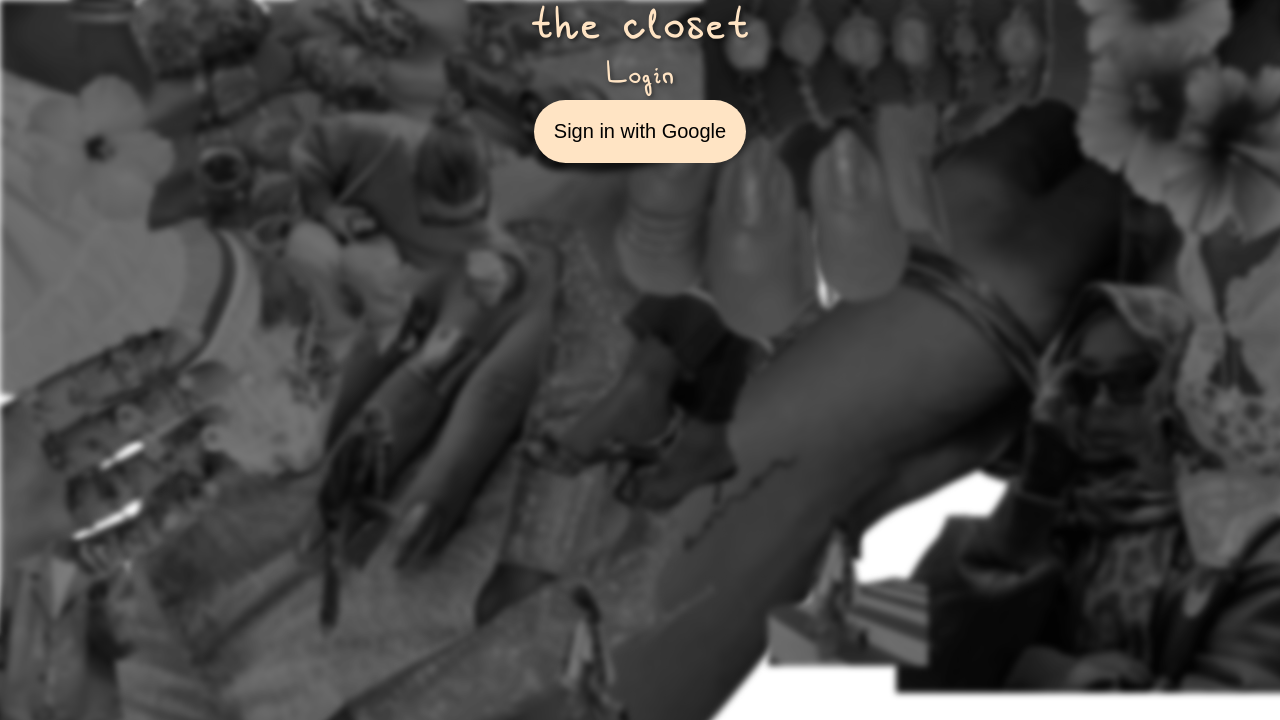
Repository: karla-sikavica/theCloset
Page: / (app in frontend/)
These files come from the project's save history. The page is drawn as it stood at one moment and after the next save; the edit follows.
The browser window is 1280 px wide. The pictures show the whole page.
The project was rebuilt for these pictures with package versions that can differ from the ones it lists, and the page was loaded fresh each time. Also part of the build but not shown: frontend/vite.config.ts.

Above is the page before, as saved 2025-03-29 16:24:20.

### frontend/src/index.css
@font-face {
  font-family: 'Kalla';
  src: url('/fonts/Kalla-Regular.ttf') format('truetype');
  font-weight: 400;
  font-style: normal;
}

:root {
  font-family: 'Kalla', system-ui, Avenir, Helvetica, Arial, sans-serif;
  line-height: 50px;
  font-weight: 400;
  display: block;


  font-synthesis: none;
  text-rendering: optimizeLegibility;
  -webkit-font-smoothing: antialiased;
  -moz-osx-font-smoothing: grayscale;
}

### frontend/src/App.tsx
import { BrowserRouter as Router, Routes, Route } from "react-router-dom";
import "./App.css";
import Login from "./pages/Login";
import Collage from "./components/ui/Collage";

function App() {
  return (
    <Router>
      <Collage />

      <div className="main-content">
        <Routes>
          <Route path="/" element={<Login></Login>} />
          <Route path="/login" element={<Login />} />
        </Routes>
      </div>
    </Router>
  );
}

export default App;

### frontend/src/App.css
#root {
  max-width: 1280px;
  margin: 0 auto;
  padding: 2rem;
  text-align: center;
}

body {
  color: bisque;
  text-shadow: 2px 2px 4px rgba(0, 0, 0, 0.5);
}

body, html, #root {
  margin: 0;
  padding: 0;
  height: 100%;
  width: 100%;
  overflow: hidden;
}

/* Optional: to make sure your app content appears above the collage */
.main-content {
  z-index: 10;

   position: relative;
  /*pointer-events: auto;
  height: 100%; */
}

/*
body::before {
  content: "";
  position: fixed;
  top: 0;
  left: 0;
  width: 100vh;
  height: 100vw;
  background-image: url("/images/download.jpeg");
  background-repeat: no-repeat;
  background-size: cover;
  background-position: center;
  transform: rotate(270deg) translate(-100vh, 0);
  transform-origin: top left;
  z-index: -1;
}

body::after {
  content: "";
  position: fixed;
  top: 0;
  left: 0;
  width: 100vw;
  height: 100vh;
  /* background: rgba(50, 30, 10, 0.6); */
/*   z-index: -1;
 *//* */

### frontend/src/pages/Login.tsx
import GoogleLogin from "../components/ui/GoogleLogin";

function Login() {
  return (
    <div style={{ margin: "auto" }}>
      <h1 style={{ fontSize: 100, margin: 0 }}>the closet</h1>
      <h2 style={{ fontSize: 60, margin: 0 }}>Login</h2>
      <div style={{ textAlign: "center" }}>
        <GoogleLogin></GoogleLogin>
      </div>
    </div>
  );
}

export default Login;

### frontend/src/components/ui/Collage.tsx
import React, { useEffect, useRef } from "react";
import "../css/Collage.css";

/* const imageCount = 32;
 */
type CollageImage = {
  src: string;
  top: string;
  left: string;
  width: string;
  rotate?: string;
  zIndex?: number;
};

const collageConfig: CollageImage[] = [
  {
    src: "/images/photo%20(1).png",
    top: "45%",
    left: "0%",
    width: "250px",
    rotate: "0deg",
    zIndex: 2,
  },
  {
    src: "/images/photo%20(2).png",
    top: "30%",
    left: "25%",
    width: "400px",
    rotate: "0deg",
    zIndex: 1,
  },
  {
    src: "/images/photo%20(3).png",
    top: "18%",
    left: "40%",
    width: "350px",
    rotate: "0deg",
    zIndex: 0,
  },
  {
    src: "/images/photo%20(4).png",
    top: "-5%",
    left: "55%",
    width: "400px",
    rotate: "0deg",
    zIndex: 3,
  },
  {
    src: "/images/photo%20(5).png",
    top: "30%",
    left: "40%",
    width: "260px",
    rotate: "0deg",
    zIndex: 1,
  },
  {
    src: "/images/photo%20(6).png",
    top: "10%",
    left: "18%",
    width: "300px",
    rotate: "0deg",
    zIndex: 4,
  },
  {
    src: "/images/photo%20(7).png",
    top: "38%",
    left: "70%",
    width: "400px",
    rotate: "0deg",
    zIndex: 1,
  },
  {
    src: "/images/photo%20(8).png",
    top: "0%",
    left: "0%",
    width: "350px",
    rotate: "0deg",
    zIndex: 1,
  },
  {
    src: "/images/photo%20(9).png",
    top: "0%",
    left: "35%",
    width: "280px",
    rotate: "-6deg",
    zIndex: 2,
  },
  {
    src: "/images/photo%20(10).png",
    top: "42%",
    left: "20%",
    width: "200px",
    rotate: "15deg",
    zIndex: 1,
  },
  {
    src: "/images/photo%20(11).png",
    top: "-20%",
    left: "70%",
    width: "400px",
    rotate: "0deg",
    zIndex: 0,
  },
  {
    src: "/images/photo%20(12).png",
    top: "-20%",
    left: "10%",
    width: "350px",
    rotate: "-9deg",
    zIndex: 1,
  },
  {
    src: "/images/photo%20(13).png",
    top: "0%",
    left: "6%",
    width: "550px",
    rotate: "0deg",
    zIndex: 0,
  },
  {
    src: "/images/photo%20(14).png",
    top: "70%",
    left: "60%",
    width: "160px",
    rotate: "0deg",
    zIndex: 2,
  },
  {
    src: "/images/photo%20(15).png",
    top: "75%",
    left: "40%",
    width: "170px",
    rotate: "-8deg",
    zIndex: 3,
  },
  {
    src: "/images/photo%20(16).png",
    top: "3%",
    left: "48%",
    width: "500px",
    rotate: "3deg",
    zIndex: 0,
  },
  {
    src: "/images/photo%20(17).png",
    top: "0%",
    left: "45%",
    width: "380px",
    rotate: "0deg",
    zIndex: 1,
  },
  {
    src: "/images/photo%20(18).png",
    top: "75%",
    left: "-3%",
    width: "200px",
    rotate: "10deg",
    zIndex: 3,
  },
  {
    src: "/images/photo%20(19).png",
    top: "22%",
    left: "86%",
    width: "290px",
    rotate: "0deg",
    zIndex: 2,
  },
  {
    src: "/images/photo%20(30).png",
    top: "-20%",
    left: "80%",
    width: "300px",
    rotate: "-27deg",
    zIndex: 3,
  },
  {
    src: "/images/photo%20(29).png",
    top: "-5%",
    left: "-2%",
    width: "270px",
    rotate: "150deg",
    zIndex: 3,
  } /*,
  {
    src: "/images/photo%20(22).png",
    top: "65%",
    left: "5%",
    width: "160px",
    rotate: "5deg",
    zIndex: 3,
  },
  {
    src: "/images/photo%20(23).png",
    top: "60%",
    left: "20%",
    width: "180px",
    rotate: "-7deg",
    zIndex: 2,
  },
  {
    src: "/images/photo%20(24).png",
    top: "15%",
    left: "50%",
    width: "190px",
    rotate: "6deg",
    zIndex: 1,
  },
  {
    src: "/images/photo%20(25).png",
    top: "10%",
    left: "30%",
    width: "160px",
    rotate: "-4deg",
    zIndex: 3,
  },
  {
    src: "/images/photo%20(26).png",
    top: "40%",
    left: "50%",
    width: "170px",
    rotate: "11deg",
    zIndex: 2,
  },
  {
    src: "/images/photo%20(27).png",
    top: "50%",
    left: "75%",
    width: "180px",
    rotate: "-9deg",
    zIndex: 1,
  },
  {
    src: "/images/photo%20(28).png",
    top: "35%",
    left: "10%",
    width: "200px",
    rotate: "4deg",
    zIndex: 2,
  },
  {
    src: "/images/photo%20(29).png",
    top: "25%",
    left: "65%",
    width: "190px",
    rotate: "-5deg",
    zIndex: 3,
  },
  {
    src: "/images/photo%20(30).png",
    top: "70%",
    left: "85%",
    width: "160px",
    rotate: "6deg",
    zIndex: 1,
  },
  {
    src: "/images/photo%20(31).png",
    top: "80%",
    left: "35%",
    width: "170px",
    rotate: "-3deg",
    zIndex: 2,
  },
  {
    src: "/images/photo%20(32).png",
    top: "90%",
    left: "50%",
    width: "180px",
    rotate: "8deg",
    zIndex: 3,
  }, */,
];

const Collage: React.FC = () => {
  return (
    <div className="collage-background">
      {collageConfig.map((img, index) => (
        <img
          key={index}
          src={img.src}
          alt={`collage-img-${index}`}
          className="collage-img"
          style={{
            top: img.top,
            left: img.left,
            width: img.width,
            transform: `rotate(${img.rotate || "0deg"})`,
            zIndex: img.zIndex || 0,
          }}
        />
      ))}
    </div>
  );
};

export default Collage;

/*
const Collage: React.FC = () => {
  const containerRef = useRef<HTMLDivElement>(null);

  useEffect(() => {
    const container = containerRef.current;
    if (!container) return;

    const imgs = container.querySelectorAll("img");
    imgs.forEach((img) => {
      const x = Math.random() * 100;
      const y = Math.random() * 100;
      const rotate = Math.random() * 20 - 10; // rotate between -10 and +10 degrees
      const z = Math.floor(Math.random() * 10); // random z-index

      img.style.top = `${y}vh`;
      img.style.left = `${x}vw`;
      img.style.transform = `rotate(${rotate}deg)`;
      img.style.zIndex = z.toString();
    });
  }, []);

  return (
    <div className="collage-background" ref={containerRef}>
      {[...Array(imageCount)].map((_, index) => (
        <img
          key={index}
          src={`/images/photo%20(${index + 1}).png`}
          alt={`collage-img-${index}`}
          className="collage-img"
        />
      ))}
    </div>
  );
};

export default Collage; */

### frontend/src/components/ui/GoogleLogin.tsx
// src/components/GoogleLogin.js
import { signInWithPopup } from "firebase/auth";
import { auth, googleProvider } from "../../firebase";
import GoogleButton from "./GoogleButton";

function GoogleLogin() {
  const handleGoogleLogin = async () => {
    try {
      const result = await signInWithPopup(auth, googleProvider);
      const user = result.user;

      const token = await user.getIdToken();
      console.log("✅ Google login successful! Token:", token);

      const res = await fetch("http://localhost:8080/categories", {
        headers: {
          Authorization: `Bearer ${token}`,
        },
      });

      const data = await res.json();
      console.log("Backend response:", data);
    } catch (error: any) {
      console.error("❌ Google login error:", error.message);
    }
  };

  return (
    <div>
      <GoogleButton onClick={handleGoogleLogin}>
        Sign in with Google
      </GoogleButton>{" "}
    </div>
  );
}

export default GoogleLogin;

### frontend/src/components/css/Collage.css

  .collage-background {
    position: fixed;
    top: 0;
    left: 0;
    width: 100vw;
    height: 100vh;
    overflow: hidden;
    z-index: 0;
    pointer-events: auto;
  }

  .collage-img {
    position: absolute;
    object-fit: contain;
    filter: grayscale(100%) blur(3px) brightness(0.5);
    pointer-events: auto;
    border: none;
  }

  .collage-img:hover {
    filter: grayscale(0%);

/*     border: 3px solid bisque;
 */  }

### frontend/src/firebase.ts
import { initializeApp } from "firebase/app";
import { getAuth, GoogleAuthProvider  } from "firebase/auth";

//import { getAnalytics } from "firebase/auth";

const firebaseConfig = {
  apiKey: "AIzaSyAbHQdx6UcrnGOItmjSgqMahJKQc3tssx8",
  authDomain: "thecloset-7ba5e.firebaseapp.com",
  projectId: "thecloset-7ba5e",
  storageBucket: "thecloset-7ba5e.firebasestorage.app",
  messagingSenderId: "77195632073",
  appId: "1:77195632073:web:69fd94b7e825471e71dc18",
  measurementId: "G-8GEFS4DWQG"
};

// Initialize Firebase
const app = initializeApp(firebaseConfig);
export const auth = getAuth(app);
export const googleProvider = new GoogleAuthProvider();


//const analytics = getAnalytics(app);

### frontend/src/components/ui/GoogleButton.tsx
import styles from "../css/GoogleButton.module.css";

interface Props {
  children: React.ReactNode;
  onClick: () => void;
}

const GoogleButton = ({ onClick, children }: Props) => {
  return (
    <button onClick={onClick} className={styles.googleButton}>
      {children}
    </button>
  );
};

export default GoogleButton;

### frontend/src/components/css/GoogleButton.module.css
.googleButton{
    border-radius: 50px;
    padding: 20px;
    background-color: bisque;
    font-size: 20px;
    border: none;
}

.googleButton:hover{
    background-color: rgb(192, 173, 148);
}

Loaded but not shown: frontend/index.html (common file); frontend/src/main.tsx (common file)

After the next save:
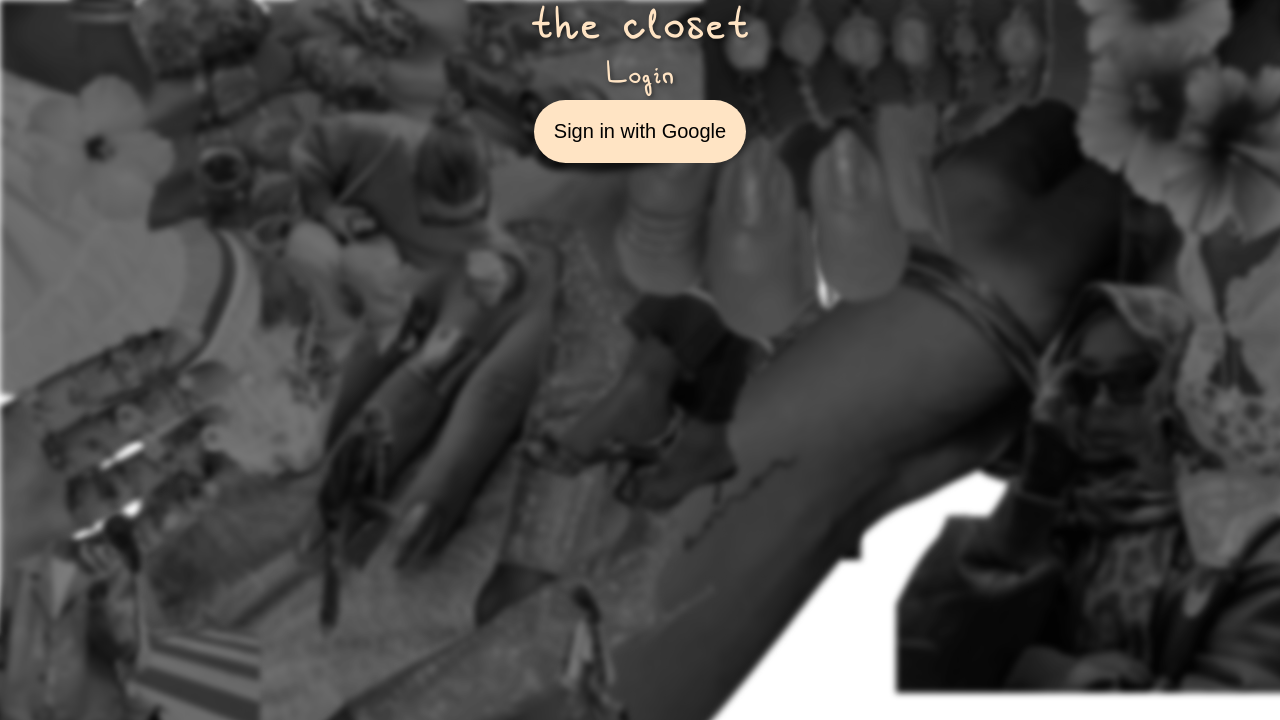
Saved 106 s later.
--- a/frontend/src/components/ui/Collage.tsx
+++ b/frontend/src/components/ui/Collage.tsx
@@ -120,8 +120,8 @@
   {
     src: "/images/photo%20(14).png",
     top: "70%",
-    left: "60%",
-    width: "160px",
+    left: "0%",
+    width: "260px",
     rotate: "0deg",
     zIndex: 2,
   },
